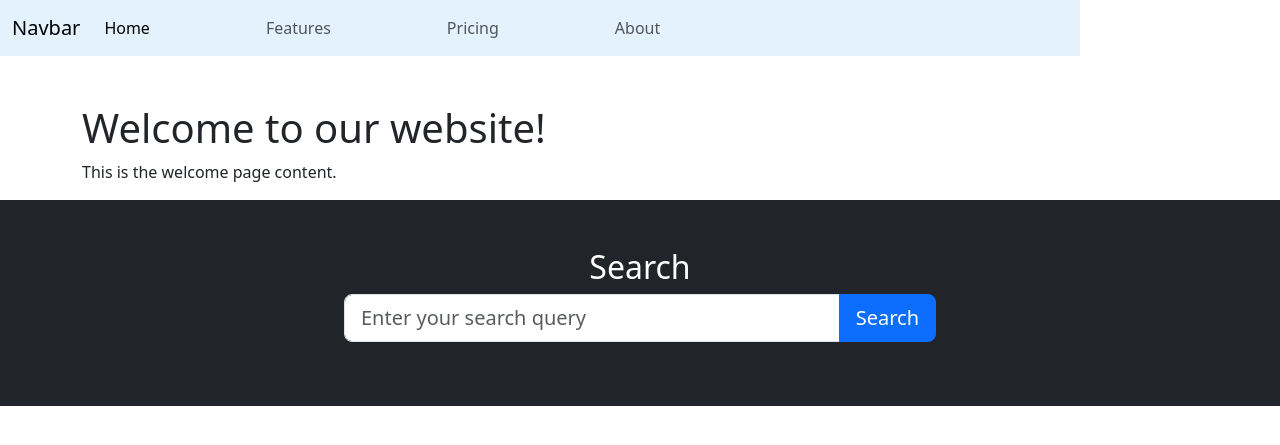
Repository: gyfffffff/meishimeike_test
Page: meishimeike/hello.html
These files come from the project's save history. The page is drawn as it stood at one moment and after the next save; the edit follows.
The browser window is 1280 px wide. The pictures show the whole page.

Above is the page before, as saved 2023-07-13 10:42:22.

### meishimeike/hello.html
<!DOCTYPE html>
<html lang="en">

<head>
    <meta charset="UTF-8">
    <meta name="viewport" content="width=device-width, initial-scale=1.0">
    <link rel="stylesheet" href="https://cdn.jsdelivr.net/npm/bootstrap@5.3.0/dist/css/bootstrap.min.css">
    <style>
        .navbar {
            margin-right: 200px;
            /* 调整导航栏与其他内容的间距 */
        }

        .navbar-nav li {
            margin-right: 100px;
            /* 调整右侧间距 */
        }
    </style>

    <title>美食每刻</title>
</head>

<body>
    <nav class="navbar navbar-expand-lg" style="background-color: #e3f2fd;" data-bs-theme="light">
        <div class="container-fluid">
            <a class="navbar-brand" href="#">Navbar</a>
            <button class="navbar-toggler collapsed" type="button" data-bs-toggle="collapse"
                data-bs-target="#navbarColor03" aria-controls="navbarColor03" aria-expanded="false"
                aria-label="Toggle navigation">
                <span class="navbar-toggler-icon"></span>
            </button>
            <div class="navbar-collapse collapse" id="navbarColor03" style="">
                <ul class="navbar-nav me-auto mb-2 mb-lg-0">
                    <li class="nav-item">
                        <a class="nav-link active" aria-current="page" href="#">Home</a>
                    </li>
                    <li class="nav-item">
                        <a class="nav-link" href="#">Features</a>
                    </li>
                    <li class="nav-item">
                        <a class="nav-link" href="#">Pricing</a>
                    </li>
                    <li class="nav-item">
                        <a class="nav-link" href="#">About</a>
                    </li>
                </ul>
                <!-- <form class="d-flex" role="search">
                    <input class="form-control me-2" type="search" placeholder="Search" aria-label="Search">
                    <button class="btn btn-outline-primary" type="submit">Search</button>
                </form> -->
            </div>
        </div>
    </nav>

    <div class="container mt-5">
        <h1>Welcome to our website!</h1>
        <p>This is the welcome page content.</p>
    </div>

    <div class="container-fluid bg-dark text-center p-5">
        <h2 class="text-white">Search</h2>
        <div class="input-group mb-3 w-50 mx-auto">
            <input type="text" class="form-control form-control-lg" placeholder="Enter your search query">
            <button class="btn btn-primary btn-lg" type="button">Search</button>
        </div>
    </div>

    <script src="https://cdn.jsdelivr.net/npm/bootstrap@5.3.0/dist/js/bootstrap.bundle.min.js"></script>
</body>

</html>

After the next save:
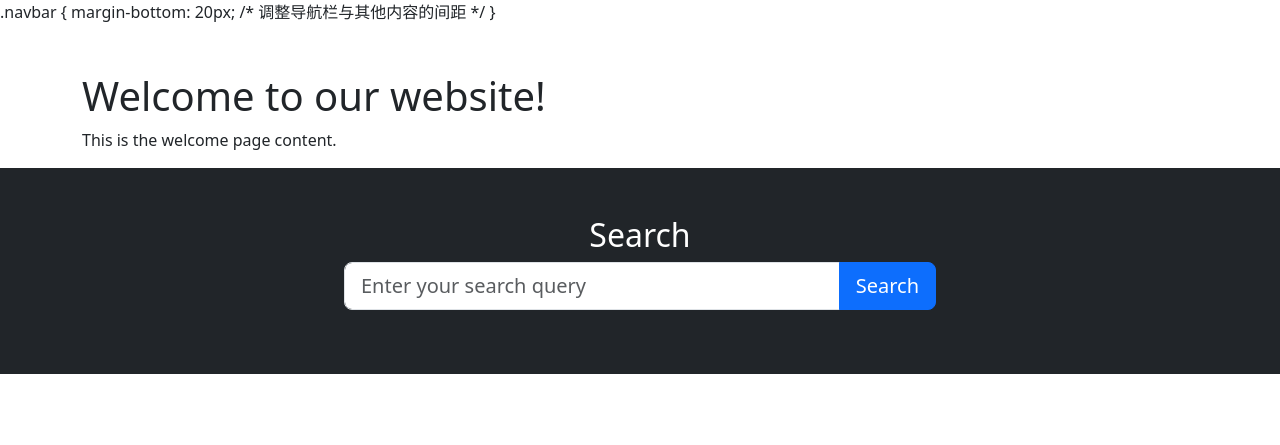
Saved 2 min 34 s later.
--- a/meishimeike/hello.html
+++ b/meishimeike/hello.html
@@ -21,36 +21,9 @@
 </head>
 
 <body>
-    <nav class="navbar navbar-expand-lg" style="background-color: #e3f2fd;" data-bs-theme="light">
-        <div class="container-fluid">
-            <a class="navbar-brand" href="#">Navbar</a>
-            <button class="navbar-toggler collapsed" type="button" data-bs-toggle="collapse"
-                data-bs-target="#navbarColor03" aria-controls="navbarColor03" aria-expanded="false"
-                aria-label="Toggle navigation">
-                <span class="navbar-toggler-icon"></span>
-            </button>
-            <div class="navbar-collapse collapse" id="navbarColor03" style="">
-                <ul class="navbar-nav me-auto mb-2 mb-lg-0">
-                    <li class="nav-item">
-                        <a class="nav-link active" aria-current="page" href="#">Home</a>
-                    </li>
-                    <li class="nav-item">
-                        <a class="nav-link" href="#">Features</a>
-                    </li>
-                    <li class="nav-item">
-                        <a class="nav-link" href="#">Pricing</a>
-                    </li>
-                    <li class="nav-item">
-                        <a class="nav-link" href="#">About</a>
-                    </li>
-                </ul>
-                <!-- <form class="d-flex" role="search">
-                    <input class="form-control me-2" type="search" placeholder="Search" aria-label="Search">
-                    <button class="btn btn-outline-primary" type="submit">Search</button>
-                </form> -->
-            </div>
-        </div>
-    </nav>
+        .navbar {
+        margin-bottom: 20px; /* 调整导航栏与其他内容的间距 */
+        }
 
     <div class="container mt-5">
         <h1>Welcome to our website!</h1>

After the save that followed:
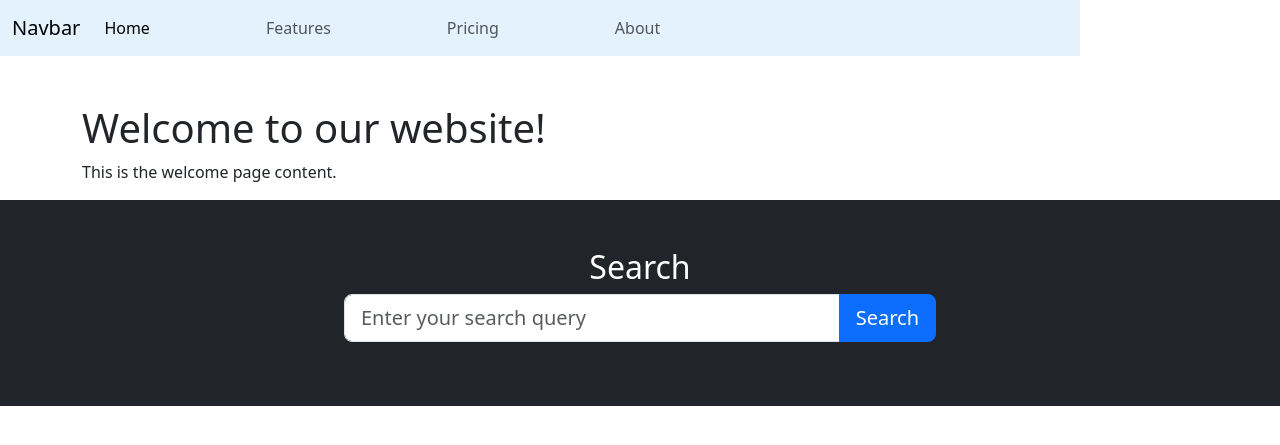
Saved 4 s later.
--- a/meishimeike/hello.html
+++ b/meishimeike/hello.html
@@ -21,9 +21,36 @@
 </head>
 
 <body>
-        .navbar {
-        margin-bottom: 20px; /* 调整导航栏与其他内容的间距 */
-        }
+    <nav class="navbar navbar-expand-lg" style="background-color: #e3f2fd;" data-bs-theme="light">
+        <div class="container-fluid">
+            <a class="navbar-brand" href="#">Navbar</a>
+            <button class="navbar-toggler collapsed" type="button" data-bs-toggle="collapse"
+                data-bs-target="#navbarColor03" aria-controls="navbarColor03" aria-expanded="false"
+                aria-label="Toggle navigation">
+                <span class="navbar-toggler-icon"></span>
+            </button>
+            <div class="navbar-collapse collapse" id="navbarColor03" style="">
+                <ul class="navbar-nav me-auto mb-2 mb-lg-0">
+                    <li class="nav-item">
+                        <a class="nav-link active" aria-current="page" href="#">Home</a>
+                    </li>
+                    <li class="nav-item">
+                        <a class="nav-link" href="#">Features</a>
+                    </li>
+                    <li class="nav-item">
+                        <a class="nav-link" href="#">Pricing</a>
+                    </li>
+                    <li class="nav-item">
+                        <a class="nav-link" href="#">About</a>
+                    </li>
+                </ul>
+                <!-- <form class="d-flex" role="search">
+                    <input class="form-control me-2" type="search" placeholder="Search" aria-label="Search">
+                    <button class="btn btn-outline-primary" type="submit">Search</button>
+                </form> -->
+            </div>
+        </div>
+    </nav>
 
     <div class="container mt-5">
         <h1>Welcome to our website!</h1>
